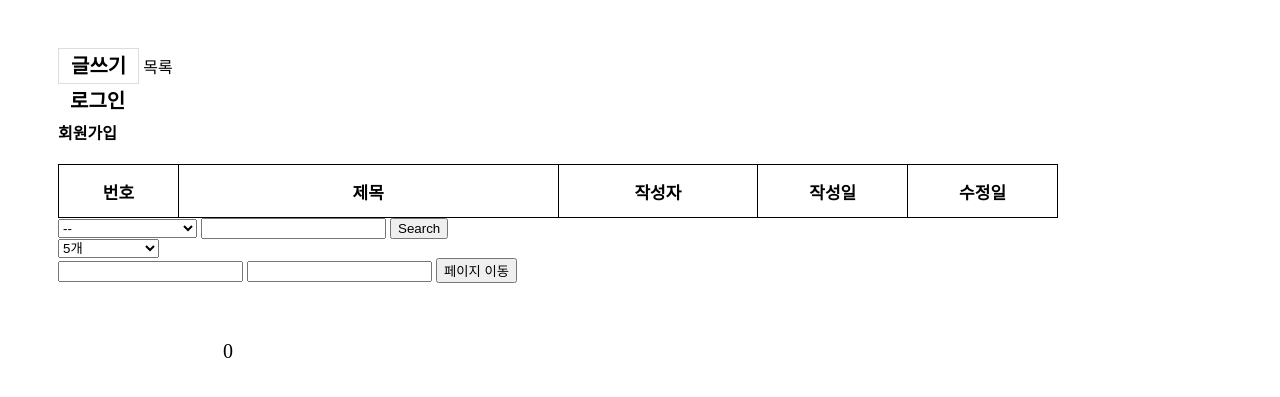
Repository: Shim-YoungDo/gaea-study
Page: http://localhost/study/WEB-INF/views/board/list.jsp
The author's editor kept a copy of each file at every save. The page is drawn from the files as they stood at one save, then again after the next save.
The browser window is 1280 px wide. The pictures show the whole page.
The page is served by Tomcat 9. Nobody is signed in. Other server files are loaded and not shown. The template is opened directly, without the code that normally fills it, so the values that code supplies are empty.

Above is the page before, as saved 2021-12-07 04:50:23.

### study/src/main/webapp/WEB-INF/views/board/list.jsp
<%@ page language="java" contentType="text/html; charset=UTF-8"
	pageEncoding="UTF-8"%>
<%@ taglib uri="http://java.sun.com/jsp/jstl/core" prefix="c"%>
<%@ taglib prefix="fmt" uri="http://java.sun.com/jsp/jstl/fmt"%>
<!DOCTYPE html>
<html>
<head>
<meta charset="UTF-8">
<title>Insert title here</title>
<link rel="stylesheet" href="/resources/css/board/list.css">
<script src="https://code.jquery.com/jquery-3.4.1.js"
	integrity="sha256-WpOohJOqMqqyKL9FccASB9O0KwACQJpFTUBLTYOVvVU="
	crossorigin="anonymous"></script>
</head>
<body>
	<div class="table_wrap">
		<a href="/board/registeView" class="enroll_btn">글쓰기</a>
		<a href="/board/list" class="list_btn">목록</a>
		<div class="login_area">
		<!-- 로그인 x -->
		<c:if test="${member==null}">
		<div class="login_button"><a href="/member/login">로그인</a></div>
		<span><a href="/member/join">회원가입</a></span>
		</c:if>

		<!-- 로그인 o -->
		<c:if test="${member != null}">
		<div class="login_success_area">
			<span>이름:${member.memberName}</span>
			<span>아이디:${member.memberID}</span>
			<a href="/member/logout">로그아웃</a>
		</div>
		</c:if>

		<table>
			<thead>
				<tr>
					<th class="bno_width">번호</th>
					<th class="title_width">제목</th>
					<th class="writer_width">작성자</th>
					<th class="regdate_width">작성일</th>
					<th class="updatedate_width">수정일</th>
				</tr>
			</thead>
			<c:forEach items="${list}" var="list">
				<tr>
					<td><c:out value="${list.boardNumber}" /></td>
					<td>
						<a class="move" href='<c:out value="${list.boardNumber}"/>'>
							<c:out value="${list.boardTitle}" />
						</a>
					</td>
					<td>
						<c:out value="${list.boardWriter}" />
					</td>
					<td>
						<fmt:formatDate pattern="yyyy/MM/dd"
							value="${list.boardRegistrationDate}" />
					</td>
					<td>
						<fmt:formatDate pattern="yyyy/MM/dd"
							value="${list.boardUpdateDate}" />
					</td>
				</tr>
			</c:forEach>
		</table>

		<div class="search_wrap">
			<div class="search_area">
				<select name="type">
                <option value="" <c:out value="${pageMake.cri.type == null?'selected':'' }"/>>--</option>
                <option value="T" <c:out value="${pageMake.cri.type eq 'T'?'selected':'' }"/>>제목</option>
                <option value="C" <c:out value="${pageMake.cri.type eq 'C'?'selected':'' }"/>>내용</option>
                <option value="W" <c:out value="${pageMake.cri.type eq 'W'?'selected':'' }"/>>작성자</option>
                <option value="TC" <c:out value="${pageMake.cri.type eq 'TC'?'selected':'' }"/>>제목 + 내용</option>
                <option value="TW" <c:out value="${pageMake.cri.type eq 'TW'?'selected':'' }"/>>제목 + 작성자</option>
                <option value="TCW" <c:out value="${pageMake.cri.type eq 'TCW'?'selected':'' }"/>>제목 + 내용 + 작성자</option>
            </select>
				<input type="text" name="keyword" value="${pageMake.cri.keyword}">
				<button>Search</button>
			</div>
		</div>

		<div class="amount_wrap">
			<div class="amount_area">

					<select name="amount" onchange="selectBoxChange(this.value);">
						<option value="" disabled >=== 선택 ===</option>
						<option value=5 <c:out value="${pageMake.cri.amount == 5?'selected':''}"/>>5개</option>
    					<option value=10 <c:out value="${pageMake.cri.amount == 10?'selected':''}"/>>10개</option>
    					<option value=20 <c:out value="${pageMake.cri.amount == 20?'selected':''}"/>>20개</option>
    					<option value=25 <c:out value="${pageMake.cri.amount == 25?'selected':''}"/>>25개</option>

					</select>

			</div>
		</div>


		<div class="page_select_wrap">
			<div class="page_select_area">
				<input type = "text" pattern="\d" name="pageSelect"value='<c:out value="${pageMake.cri.pageNum}"/>'>
				<input name = "totalPage" readonly="readonly" value = '<c:out value="${pageMake.realEnd}"/>'>
				<button>페이지 이동</button>
			</div>
		</div>

		<div class="pageInfo_wrap">
			<div class="pageInfo_area">
				<ul id="pageInfo" class="pageInfo">

					<!-- 이전페이지 버튼 -->
					<c:if test="${pageMake.prev}">
						<li class="pageInfo_btn previous"><a href="${pageMake.startPage-1}">이전</a></li>
					</c:if>

					<!-- 각 번호 페이지 버튼 -->
					<c:forEach var="num" begin="${pageMake.startPage}" end="${pageMake.endPage}">
						<li class="pageInfo_btn ${pageMake.cri.pageNum == num ? "active":"" }"><a href="${num}">${num}</a></li>
					</c:forEach>

					<!--
					<form id="pageForm" method="post">
					<select name="amount" id="amount" onchange="selectBoxChange(this.value);">
						<option value="none">=== 선택 ===</option>
						<option value="5">5개</option>
    					<option value="10">10개</option>
    					<option value="20">20개</option>
					</select>
					</form>
					-->

					<!-- 다음페이지 버튼 -->
					<c:if test="${pageMake.next}">
						<li class="pageInfo_btn next"><a href="${pageMake.endPage+1}">다음</a></li>
					</c:if>
				</ul>
			</div>
		</div>

		<form id="moveForm" method="get">
			<input type="hidden" name="pageNum" value="${pageMake.cri.pageNum}">
			<input type="hidden" name="amount" value="${pageMake.cri.amount}">
			<input type="hidden" name="keyword" value="${pageMake.cri.keyword}">
			<input type="hidden" name="type" value="${pageMake.cri.type}">

		</form>
	</div>
</div>

	<script>
		let moveForm = $("#moveForm");
		let pageForm = $("#pageForm");

		$(".move").on("click", function(e) {
			e.preventDefault();
			moveForm.append("<input type='hidden' name='boardNumber' value='"
					+ $(this).attr("href") + "'>"); //<form>내부 boardNumber값을 저장하는 <input>태그 생성
			moveForm.attr("action", "/board/getPage");
			moveForm.submit();
				});

		$(".pageInfo a").on("click", function(e){
			e.preventDefault();
			moveForm.find("input[name='pageNum']").val($(this).attr("href")); //<form>내부 pageNum과 관련된 <input>태그의 value 속성값에 클릭한<a>태그 페이지 번호 삽입
			moveForm.attr("action", "/board/list");
			moveForm.submit();
		});

		/*
		var selectBoxChange = function(value){
			console.log("결과:" +value);
			$.ajax({
				type:"post",
				url:"/board/pageAmount",
				data: "pageAmount=" +value,
				success : function(data){
					alert("성공", +data);
					console.log(data);
				}
			});
		}*/

		/*
		$("#pageForm").change(function(){
			var pageAmount = value;

			$.ajax({
				type:"post",
				url:"/board/pageAmount",
				data: "pageAmount=" +pageAmount,
				success : function(data){
					alert("성공", +data);
					console.log(data);
				}
			});

		});*/


		//검색기능
		$(".search_area button").on("click", function(e){
			e.preventDefault();

			let type = $(".search_area select").val();
			let keyword = $(".search_area input[name='keyword']").val();

			if(!type){
				alert("검색 종류를 선택하세요");
				return false;
			}
			if(!keyword){
				alert("키워드를 입력하세요");
				return false;
			}

			//let val = $("input[name='keyword']").val();
			moveForm.find("input[name='type']").val(type);
			moveForm.find("input[name='keyword']").val(keyword);
			moveForm.find("input[name='pageNum']").val(1);
			moveForm.submit();
		});

		/*
		$("#pageForm").change(function(){
			var pageAmount = value;
			let amount = $(".amount_area select").val();

			pageForm.find("input[name]='amount'").val(amount);
			pageForm.submit();
		});*/

		//화면에 출력될 총 게시글 수 선택
		var selectBoxChange = function(value){

			let amount = $(".amount_area select").val();

			//pageForm.find("input[name]='amount'").val(amount);
			//pageForm.submit();
			moveForm.find("input[name='amount']").val(amount);
			moveForm.find("input[name='pageNum']").val(1);
			moveForm.submit();

			console.log("결과:" +value);
			//alert("성공", +data);
		}

		//선택 페이지 이동
		$(".page_select_area button").on("click",function(){

			let pageNum = $(".page_select_area [name='pageSelect']").val();

			moveForm.find("input[name='pageNum']").val(pageNum);
			moveForm.attr("action", "/board/list");
			moveForm.submit();
		});




		/*
		$(".page_count_area button").on("click"function(){
			let pageCount = $(".page_count_area [name='pageCount']").val();
			moveForm.find("input[name='pageCount']").val(pageCount);
			moveForm.attr("action", "/board/list");
			moveForm.submit();
		});
		*/
	</script>

</body>
</html>

### study/src/main/webapp/resources/css/board/list.css
@charset "UTF-8";
a{
  	text-decoration : none;
  }
  table{
 	border-collapse: collapse;
 	width: 1000px;
 	margin-top : 20px;
 	text-align: center;
  }
  td, th{
  	border : 1px solid black;
  	height: 50px;
  }
  th{
  	font-size : 17px;
  }
  thead{
  	font-weight: 700;
  }
  .table_wrap{
  	margin : 50px 0 0 50px;
  }
  .bno_width{
  	width: 12%;
  }
  .writer_width{
  	width: 20%;
  }
  .regdate_width{
  	width: 15%;
  }
  .updatedate_width{
  	width: 15%;
  }
  .enroll_btn{
  	font-size: 20px;
    padding: 6px 12px;
    background-color: #fff;
    border: 1px solid #ddd;
    font-weight: 600;
  }

  .pageInfo{
      list-style : none;
      display: inline-block;
    margin: 50px 0 0 100px;
  }
  .pageInfo li{
      float: left;
    font-size: 20px;
    margin-left: 18px;
    padding: 7px;
    font-weight: 500;
  }
  .login_button{
  	font-size: 20px;
    padding: 6px 12px;
    background-color: #fff;
    font-weight: 600;
  }
  .login_area>span{
	margin-top:10ox;
	font-weight:900;
	display:inline-block;
}


 a:link {color:black; text-decoration: none;}
 a:visited {color:black; text-decoration: none;}
 a:hover {color:blue; text-decoration: underline;}
 .active{
 	text-decoration:underline;
 }

After the next save:
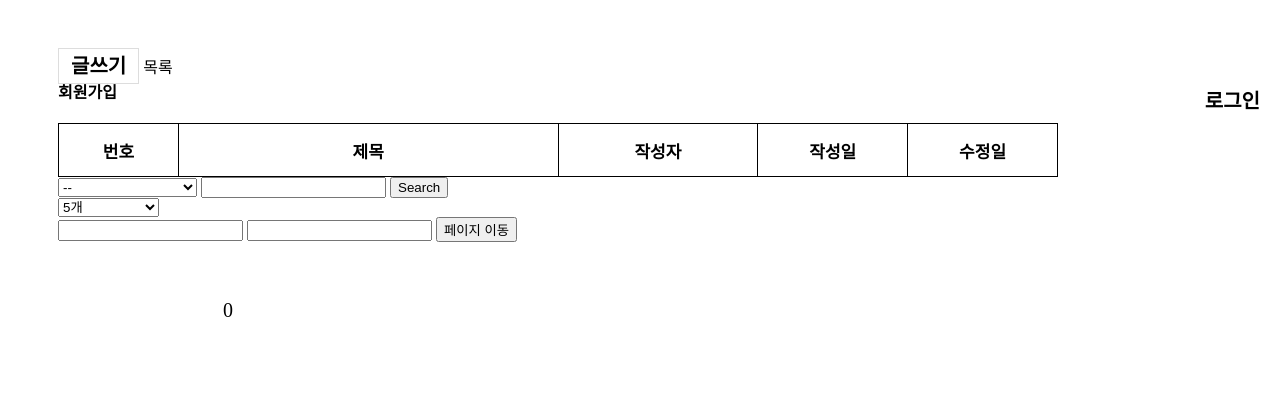
Saved 47 s later.
--- a/study/src/main/webapp/resources/css/board/list.css
+++ b/study/src/main/webapp/resources/css/board/list.css
@@ -58,6 +58,7 @@
     padding: 6px 12px;
     background-color: #fff;
     font-weight: 600;
+    float:right;
   }
   .login_area>span{
 	margin-top:10ox;

After the save that followed:
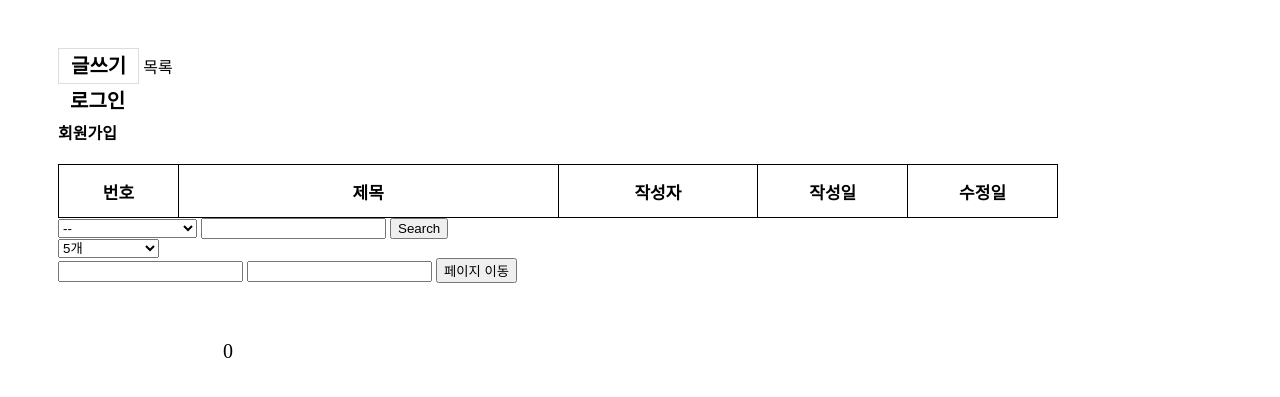
Saved 45 s later.
--- a/study/src/main/webapp/resources/css/board/list.css
+++ b/study/src/main/webapp/resources/css/board/list.css
@@ -58,7 +58,7 @@
     padding: 6px 12px;
     background-color: #fff;
     font-weight: 600;
-    float:right;
+    float:middle;
   }
   .login_area>span{
 	margin-top:10ox;
